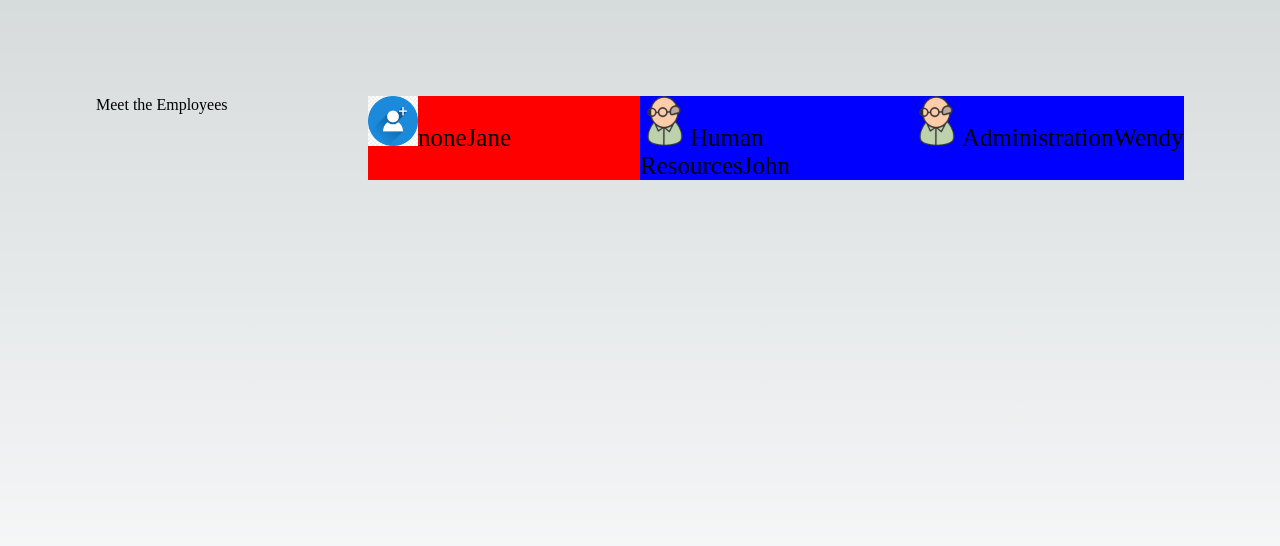
Repository: cheungglenda/MDIA2109-Week3
Page: /about
These files come from the project's save history. The page is drawn as it stood at one moment and after the next save; the edit follows.
The browser window is 1280 px wide. The pictures show the whole page.
The project was rebuilt for these pictures with package versions that can differ from the ones it lists, and the page was loaded fresh each time. The framework's server and built-in components were replaced by stand-ins that run in the browser. Also part of the build but not shown: next.config.js.

Above is the page before, as saved 2023-01-19 17:06:14.

After the next save:
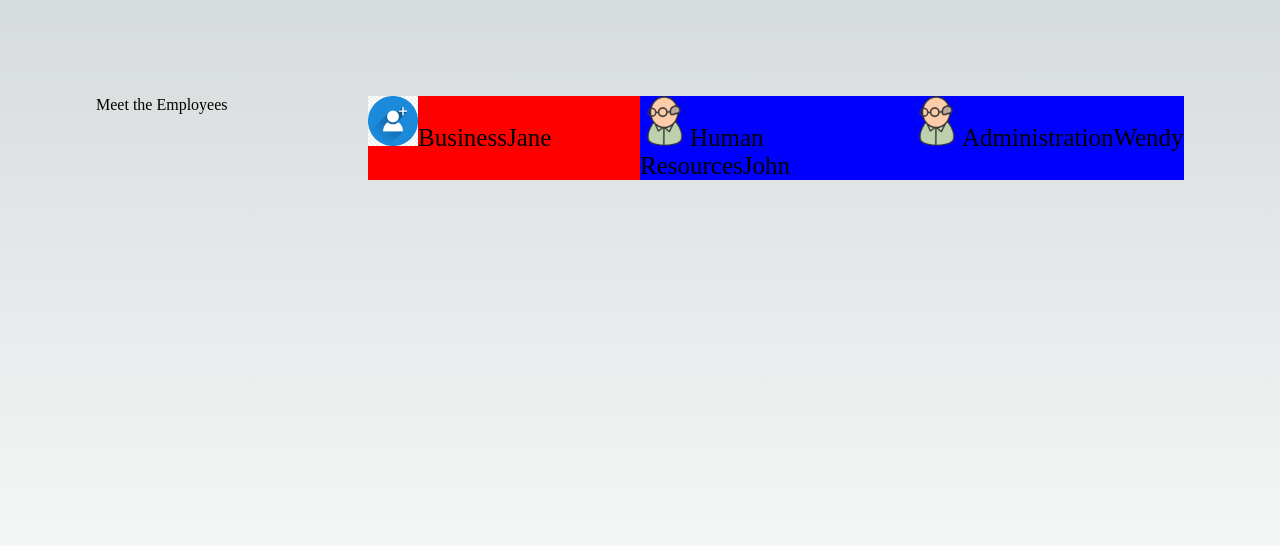
Saved 12 s later.
--- a/pages/about.js
+++ b/pages/about.js
@@ -30,6 +30,7 @@ export default function About() {
               firstname={info.firstName}
               lastname={info.lastName}
               jobtitle={info.jobTitle}
+              department={info.department}
               yearsworked={info.yearsWorked}
               color="red" font="25px"/>
             )
